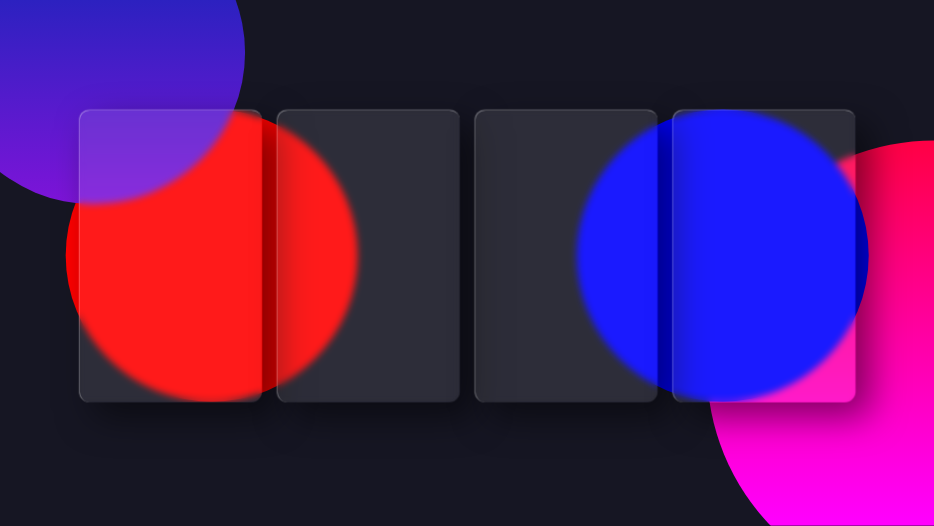
Repository: dovanluyen1996/Test-Git-PR
Page: index.html
The author's editor kept a copy of each file at every save. The page is drawn from the files as they stood at one save, then again after the next save.
The browser window is 1280 px wide. The pictures show the whole page, at 73% of full size.

Above is the page before, as saved 2021-09-07 00:42:52.

### index.html
<!DOCTYPE html>
<html lang="en">
  <head>
    <meta charset="UTF-8" />
    <meta http-equiv="X-UA-Compatible" content="IE=edge" />
    <meta name="viewport" content="width=device-width, initial-scale=1.0" />
    <title>TestVsCode</title>
    <link rel="stylesheet" href="css/style.css" />
  </head>

  <body>
    <div class="container">
      <div class="test1"></div>
      <div class="test2"></div>
    </div>
    <div class="center">
      <div class="item-center">
        <div class="content">
          <h2>Card Item</h2>
          <p class="text">
            Lorem ipsum dolor sit amet consectetur adipisicing elit. Minima
            corporis rem illum exercitationem architecto veritatis alias nam.
            Excepturi aliquam doloremque minus quibusdam sed, libero quia amet,
            officia rerum sequi expedita!
          </p>
          <a href="javascript:void(0)">Click Me</a>
        </div>
      </div>
      <div class="item-center">
        <div class="content">
          <h2>Card Item</h2>
          <p class="text">
            Lorem ipsum dolor sit amet consectetur adipisicing elit. Minima
            corporis rem illum exercitationem architecto veritatis alias nam.
            Excepturi aliquam doloremque minus quibusdam sed, libero quia amet,
            officia rerum sequi expedita!
          </p>
          <a href="javascript:void(0)">Click Me</a>
        </div>
      </div>
      <div class="item-center">
        <div class="content">
          <h2>Card Item</h2>
          <p class="text">
            Lorem ipsum dolor sit amet consectetur adipisicing elit. Minima
            corporis rem illum exercitationem architecto veritatis alias nam.
            Excepturi aliquam doloremque minus quibusdam sed, libero quia amet,
            officia rerum sequi expedita!
          </p>
          <a href="javascript:void(0)">Click Me</a>
        </div>
      </div>
      <div class="item-center">
        <div class="content">
          <h2>Card Item</h2>
          <p class="text">
            Lorem ipsum dolor sit amet consectetur adipisicing elit. Minima
            corporis rem illum exercitationem architecto veritatis alias nam.
            Excepturi aliquam doloremque minus quibusdam sed, libero quia amet,
            officia rerum sequi expedita!
          </p>
          <a href="javascript:void(0)">Click Me</a>
        </div>
      </div>
    </div>

    <script type="text/javascript" src="js/vanilla-tilt.js"></script>
    <script>
      VanillaTilt.init(document.querySelector(".item-center"), {
        max: 25,
        speed: 400,
        glare: true,
        "max-glare": 1,
      });
    </script>
  </body>
</html>

### css/style.css
body {
  background: #161623;
}
body::before {
  content: "";
  position: absolute;
  top: 0;
  left: 0;
  width: 100%;
  height: 100%;
  background: linear-gradient(#f00, #f0f);
  clip-path: circle(30% at right 70%);
}
body::after {
  content: "";
  position: absolute;
  top: 0;
  left: 0;
  width: 100%;
  height: 100%;
  background: linear-gradient(rgb(44, 33, 192), #f0f);
  clip-path: circle(20% at 10% 10%);
}
.container {
  width: 1100px;
  margin: 0 auto;
  position: relative;
}
.test1 {
  width: 400px;
  height: 400px;
  background-color: red;
  border-radius: 50%;
  position: absolute;
}
.test2 {
  width: 400px;
  height: 400px;
  background-color: blue;
  border-radius: 50%;
  position: absolute;
  right: 0;
}
.center {
  margin-top: 150px;

  display: flex;
  column-gap: 20px;
  justify-content: center;
  align-items: center;
  color: white;
}
.item-center {
  position: relative;
  z-index: 999;
  overflow: hidden;
  width: 250px;
  height: 400px;
  text-align: center;
  border-radius: 15px;
  border-top: 1px solid rgba(255, 255, 255, 0.5);
  border-left: 1px solid rgba(255, 255, 255, 0.5);
  box-shadow: 20px 20px 50px rgba(0, 0, 0, 0.5);
  background: rgba(255, 255, 255, 0.1);
  backdrop-filter: blur(5px);
}
.item-center p {
  font-weight: 300;
}
.item-center a {
  text-decoration: none;
  color: #fff;
  display: inline-block;
  padding: 8px 20px;
  background-color: #fff;
  color: black;
  border-radius: 20px;
  font-weight: 500;
}
.item-center .content {
  margin-top: 90px;
  transform: translateY(90px);
  opacity: 0;
  transition: 0.5s;
}
.item-center:hover .content {
  transform: translateY(0px);
  opacity: 1;
}

### js/vanilla-tilt.js
var VanillaTilt = (function () {
  "use strict";

  var classCallCheck = function (instance, Constructor) {
    if (!(instance instanceof Constructor)) {
      throw new TypeError("Cannot call a class as a function");
    }
  };

  /**
   * Created by Sergiu Șandor (micku7zu) on 1/27/2017.
   * Original idea: https://github.com/gijsroge/tilt.js
   * MIT License.
   * Version 1.7.2
   */

  var VanillaTilt = (function () {
    function VanillaTilt(element) {
      var settings =
        arguments.length > 1 && arguments[1] !== undefined ? arguments[1] : {};
      classCallCheck(this, VanillaTilt);

      if (!(element instanceof Node)) {
        throw (
          "Can't initialize VanillaTilt because " + element + " is not a Node."
        );
      }

      this.width = null;
      this.height = null;
      this.clientWidth = null;
      this.clientHeight = null;
      this.left = null;
      this.top = null;

      // for Gyroscope sampling
      this.gammazero = null;
      this.betazero = null;
      this.lastgammazero = null;
      this.lastbetazero = null;

      this.transitionTimeout = null;
      this.updateCall = null;
      this.event = null;

      this.updateBind = this.update.bind(this);
      this.resetBind = this.reset.bind(this);

      this.element = element;
      this.settings = this.extendSettings(settings);

      this.reverse = this.settings.reverse ? -1 : 1;
      this.glare = VanillaTilt.isSettingTrue(this.settings.glare);
      this.glarePrerender = VanillaTilt.isSettingTrue(
        this.settings["glare-prerender"]
      );
      this.fullPageListening = VanillaTilt.isSettingTrue(
        this.settings["full-page-listening"]
      );
      this.gyroscope = VanillaTilt.isSettingTrue(this.settings.gyroscope);
      this.gyroscopeSamples = this.settings.gyroscopeSamples;

      this.elementListener = this.getElementListener();

      if (this.glare) {
        this.prepareGlare();
      }

      if (this.fullPageListening) {
        this.updateClientSize();
      }

      this.addEventListeners();
      this.reset();
      this.updateInitialPosition();
    }

    VanillaTilt.isSettingTrue = function isSettingTrue(setting) {
      return setting === "" || setting === true || setting === 1;
    };

    /**
     * Method returns element what will be listen mouse events
     * @return {Node}
     */

    VanillaTilt.prototype.getElementListener = function getElementListener() {
      if (this.fullPageListening) {
        return window.document;
      }

      if (typeof this.settings["mouse-event-element"] === "string") {
        var mouseEventElement = document.querySelector(
          this.settings["mouse-event-element"]
        );

        if (mouseEventElement) {
          return mouseEventElement;
        }
      }

      if (this.settings["mouse-event-element"] instanceof Node) {
        return this.settings["mouse-event-element"];
      }

      return this.element;
    };

    /**
     * Method set listen methods for this.elementListener
     * @return {Node}
     */

    VanillaTilt.prototype.addEventListeners = function addEventListeners() {
      this.onMouseEnterBind = this.onMouseEnter.bind(this);
      this.onMouseMoveBind = this.onMouseMove.bind(this);
      this.onMouseLeaveBind = this.onMouseLeave.bind(this);
      this.onWindowResizeBind = this.onWindowResize.bind(this);
      this.onDeviceOrientationBind = this.onDeviceOrientation.bind(this);

      this.elementListener.addEventListener(
        "mouseenter",
        this.onMouseEnterBind
      );
      this.elementListener.addEventListener(
        "mouseleave",
        this.onMouseLeaveBind
      );
      this.elementListener.addEventListener("mousemove", this.onMouseMoveBind);

      if (this.glare || this.fullPageListening) {
        window.addEventListener("resize", this.onWindowResizeBind);
      }

      if (this.gyroscope) {
        window.addEventListener(
          "deviceorientation",
          this.onDeviceOrientationBind
        );
      }
    };

    /**
     * Method remove event listeners from current this.elementListener
     */

    VanillaTilt.prototype.removeEventListeners =
      function removeEventListeners() {
        this.elementListener.removeEventListener(
          "mouseenter",
          this.onMouseEnterBind
        );
        this.elementListener.removeEventListener(
          "mouseleave",
          this.onMouseLeaveBind
        );
        this.elementListener.removeEventListener(
          "mousemove",
          this.onMouseMoveBind
        );

        if (this.gyroscope) {
          window.removeEventListener(
            "deviceorientation",
            this.onDeviceOrientationBind
          );
        }

        if (this.glare || this.fullPageListening) {
          window.removeEventListener("resize", this.onWindowResizeBind);
        }
      };

    VanillaTilt.prototype.destroy = function destroy() {
      clearTimeout(this.transitionTimeout);
      if (this.updateCall !== null) {
        cancelAnimationFrame(this.updateCall);
      }

      this.reset();

      this.removeEventListeners();
      this.element.vanillaTilt = null;
      delete this.element.vanillaTilt;

      this.element = null;
    };

    VanillaTilt.prototype.onDeviceOrientation = function onDeviceOrientation(
      event
    ) {
      if (event.gamma === null || event.beta === null) {
        return;
      }

      this.updateElementPosition();

      if (this.gyroscopeSamples > 0) {
        this.lastgammazero = this.gammazero;
        this.lastbetazero = this.betazero;

        if (this.gammazero === null) {
          this.gammazero = event.gamma;
          this.betazero = event.beta;
        } else {
          this.gammazero = (event.gamma + this.lastgammazero) / 2;
          this.betazero = (event.beta + this.lastbetazero) / 2;
        }

        this.gyroscopeSamples -= 1;
      }

      var totalAngleX =
        this.settings.gyroscopeMaxAngleX - this.settings.gyroscopeMinAngleX;
      var totalAngleY =
        this.settings.gyroscopeMaxAngleY - this.settings.gyroscopeMinAngleY;

      var degreesPerPixelX = totalAngleX / this.width;
      var degreesPerPixelY = totalAngleY / this.height;

      var angleX =
        event.gamma - (this.settings.gyroscopeMinAngleX + this.gammazero);
      var angleY =
        event.beta - (this.settings.gyroscopeMinAngleY + this.betazero);

      var posX = angleX / degreesPerPixelX;
      var posY = angleY / degreesPerPixelY;

      if (this.updateCall !== null) {
        cancelAnimationFrame(this.updateCall);
      }

      this.event = {
        clientX: posX + this.left,
        clientY: posY + this.top,
      };

      this.updateCall = requestAnimationFrame(this.updateBind);
    };

    VanillaTilt.prototype.onMouseEnter = function onMouseEnter() {
      this.updateElementPosition();
      this.element.style.willChange = "transform";
      this.setTransition();
    };

    VanillaTilt.prototype.onMouseMove = function onMouseMove(event) {
      if (this.updateCall !== null) {
        cancelAnimationFrame(this.updateCall);
      }

      this.event = event;
      this.updateCall = requestAnimationFrame(this.updateBind);
    };

    VanillaTilt.prototype.onMouseLeave = function onMouseLeave() {
      this.setTransition();

      if (this.settings.reset) {
        requestAnimationFrame(this.resetBind);
      }
    };

    VanillaTilt.prototype.reset = function reset() {
      this.event = {
        clientX: this.left + this.width / 2,
        clientY: this.top + this.height / 2,
      };

      if (this.element && this.element.style) {
        this.element.style.transform =
          "perspective(" +
          this.settings.perspective +
          "px) " +
          "rotateX(0deg) " +
          "rotateY(0deg) " +
          "scale3d(1, 1, 1)";
      }

      this.resetGlare();
    };

    VanillaTilt.prototype.resetGlare = function resetGlare() {
      if (this.glare) {
        this.glareElement.style.transform =
          "rotate(180deg) translate(-50%, -50%)";
        this.glareElement.style.opacity = "0";
      }
    };

    VanillaTilt.prototype.updateInitialPosition =
      function updateInitialPosition() {
        if (this.settings.startX === 0 && this.settings.startY === 0) {
          return;
        }

        this.onMouseEnter();

        if (this.fullPageListening) {
          this.event = {
            clientX:
              ((this.settings.startX + this.settings.max) /
                (2 * this.settings.max)) *
              this.clientWidth,
            clientY:
              ((this.settings.startY + this.settings.max) /
                (2 * this.settings.max)) *
              this.clientHeight,
          };
        } else {
          this.event = {
            clientX:
              this.left +
              ((this.settings.startX + this.settings.max) /
                (2 * this.settings.max)) *
                this.width,
            clientY:
              this.top +
              ((this.settings.startY + this.settings.max) /
                (2 * this.settings.max)) *
                this.height,
          };
        }

        var backupScale = this.settings.scale;
        this.settings.scale = 1;
        this.update();
        this.settings.scale = backupScale;
        this.resetGlare();
      };

    VanillaTilt.prototype.getValues = function getValues() {
      var x = void 0,
        y = void 0;

      if (this.fullPageListening) {
        x = this.event.clientX / this.clientWidth;
        y = this.event.clientY / this.clientHeight;
      } else {
        x = (this.event.clientX - this.left) / this.width;
        y = (this.event.clientY - this.top) / this.height;
      }

      x = Math.min(Math.max(x, 0), 1);
      y = Math.min(Math.max(y, 0), 1);

      var tiltX = (
        this.reverse *
        (this.settings.max - x * this.settings.max * 2)
      ).toFixed(2);
      var tiltY = (
        this.reverse *
        (y * this.settings.max * 2 - this.settings.max)
      ).toFixed(2);
      var angle =
        Math.atan2(
          this.event.clientX - (this.left + this.width / 2),
          -(this.event.clientY - (this.top + this.height / 2))
        ) *
        (180 / Math.PI);

      return {
        tiltX: tiltX,
        tiltY: tiltY,
        percentageX: x * 100,
        percentageY: y * 100,
        angle: angle,
      };
    };

    VanillaTilt.prototype.updateElementPosition =
      function updateElementPosition() {
        var rect = this.element.getBoundingClientRect();

        this.width = this.element.offsetWidth;
        this.height = this.element.offsetHeight;
        this.left = rect.left;
        this.top = rect.top;
      };

    VanillaTilt.prototype.update = function update() {
      var values = this.getValues();

      this.element.style.transform =
        "perspective(" +
        this.settings.perspective +
        "px) " +
        "rotateX(" +
        (this.settings.axis === "x" ? 0 : values.tiltY) +
        "deg) " +
        "rotateY(" +
        (this.settings.axis === "y" ? 0 : values.tiltX) +
        "deg) " +
        "scale3d(" +
        this.settings.scale +
        ", " +
        this.settings.scale +
        ", " +
        this.settings.scale +
        ")";

      if (this.glare) {
        this.glareElement.style.transform =
          "rotate(" + values.angle + "deg) translate(-50%, -50%)";
        this.glareElement.style.opacity =
          "" + (values.percentageY * this.settings["max-glare"]) / 100;
      }

      this.element.dispatchEvent(
        new CustomEvent("tiltChange", {
          detail: values,
        })
      );

      this.updateCall = null;
    };

    /**
     * Appends the glare element (if glarePrerender equals false)
     * and sets the default style
     */

    VanillaTilt.prototype.prepareGlare = function prepareGlare() {
      // If option pre-render is enabled we assume all html/css is present for an optimal glare effect.
      if (!this.glarePrerender) {
        // Create glare element
        var jsTiltGlare = document.createElement("div");
        jsTiltGlare.classList.add("js-tilt-glare");

        var jsTiltGlareInner = document.createElement("div");
        jsTiltGlareInner.classList.add("js-tilt-glare-inner");

        jsTiltGlare.appendChild(jsTiltGlareInner);
        this.element.appendChild(jsTiltGlare);
      }

      this.glareElementWrapper = this.element.querySelector(".js-tilt-glare");
      this.glareElement = this.element.querySelector(".js-tilt-glare-inner");

      if (this.glarePrerender) {
        return;
      }

      Object.assign(this.glareElementWrapper.style, {
        position: "absolute",
        top: "0",
        left: "0",
        width: "100%",
        height: "100%",
        overflow: "hidden",
        "pointer-events": "none",
      });

      Object.assign(this.glareElement.style, {
        position: "absolute",
        top: "50%",
        left: "50%",
        "pointer-events": "none",
        "background-image":
          "linear-gradient(0deg, rgba(255,255,255,0) 0%, rgba(255,255,255,1) 100%)",
        transform: "rotate(180deg) translate(-50%, -50%)",
        "transform-origin": "0% 0%",
        opacity: "0",
      });

      this.updateGlareSize();
    };

    VanillaTilt.prototype.updateGlareSize = function updateGlareSize() {
      if (this.glare) {
        var glareSize =
          (this.element.offsetWidth > this.element.offsetHeight
            ? this.element.offsetWidth
            : this.element.offsetHeight) * 2;

        Object.assign(this.glareElement.style, {
          width: glareSize + "px",
          height: glareSize + "px",
        });
      }
    };

    VanillaTilt.prototype.updateClientSize = function updateClientSize() {
      this.clientWidth =
        window.innerWidth ||
        document.documentElement.clientWidth ||
        document.body.clientWidth;

      this.clientHeight =
        window.innerHeight ||
        document.documentElement.clientHeight ||
        document.body.clientHeight;
    };

    VanillaTilt.prototype.onWindowResize = function onWindowResize() {
      this.updateGlareSize();
      this.updateClientSize();
    };

    VanillaTilt.prototype.setTransition = function setTransition() {
      var _this = this;

      clearTimeout(this.transitionTimeout);
      this.element.style.transition =
        this.settings.speed + "ms " + this.settings.easing;
      if (this.glare)
        this.glareElement.style.transition =
          "opacity " + this.settings.speed + "ms " + this.settings.easing;

      this.transitionTimeout = setTimeout(function () {
        _this.element.style.transition = "";
        if (_this.glare) {
          _this.glareElement.style.transition = "";
        }
      }, this.settings.speed);
    };

    /**
     * Method return patched settings of instance
     * @param {boolean} settings.reverse - reverse the tilt direction
     * @param {number} settings.max - max tilt rotation (degrees)
     * @param {startX} settings.startX - the starting tilt on the X axis, in degrees. Default: 0
     * @param {startY} settings.startY - the starting tilt on the Y axis, in degrees. Default: 0
     * @param {number} settings.perspective - Transform perspective, the lower the more extreme the tilt gets
     * @param {string} settings.easing - Easing on enter/exit
     * @param {number} settings.scale - 2 = 200%, 1.5 = 150%, etc..
     * @param {number} settings.speed - Speed of the enter/exit transition
     * @param {boolean} settings.transition - Set a transition on enter/exit
     * @param {string|null} settings.axis - What axis should be disabled. Can be X or Y
     * @param {boolean} settings.glare - What axis should be disabled. Can be X or Y
     * @param {number} settings.max-glare - the maximum "glare" opacity (1 = 100%, 0.5 = 50%)
     * @param {boolean} settings.glare-prerender - false = VanillaTilt creates the glare elements for you, otherwise
     * @param {boolean} settings.full-page-listening - If true, parallax effect will listen to mouse move events on the whole document, not only the selected element
     * @param {string|object} settings.mouse-event-element - String selector or link to HTML-element what will be listen mouse events
     * @param {boolean} settings.reset - false = If the tilt effect has to be reset on exit
     * @param {gyroscope} settings.gyroscope - Enable tilting by deviceorientation events
     * @param {gyroscopeSensitivity} settings.gyroscopeSensitivity - Between 0 and 1 - The angle at which max tilt position is reached. 1 = 90deg, 0.5 = 45deg, etc..
     * @param {gyroscopeSamples} settings.gyroscopeSamples - How many gyroscope moves to decide the starting position.
     */

    VanillaTilt.prototype.extendSettings = function extendSettings(settings) {
      var defaultSettings = {
        reverse: false,
        max: 15,
        startX: 0,
        startY: 0,
        perspective: 1000,
        easing: "cubic-bezier(.03,.98,.52,.99)",
        scale: 1,
        speed: 300,
        transition: true,
        axis: null,
        glare: false,
        "max-glare": 1,
        "glare-prerender": false,
        "full-page-listening": false,
        "mouse-event-element": null,
        reset: true,
        gyroscope: true,
        gyroscopeMinAngleX: -45,
        gyroscopeMaxAngleX: 45,
        gyroscopeMinAngleY: -45,
        gyroscopeMaxAngleY: 45,
        gyroscopeSamples: 10,
      };

      var newSettings = {};
      for (var property in defaultSettings) {
        if (property in settings) {
          newSettings[property] = settings[property];
        } else if (this.element.hasAttribute("data-tilt-" + property)) {
          var attribute = this.element.getAttribute("data-tilt-" + property);
          try {
            newSettings[property] = JSON.parse(attribute);
          } catch (e) {
            newSettings[property] = attribute;
          }
        } else {
          newSettings[property] = defaultSettings[property];
        }
      }

      return newSettings;
    };

    VanillaTilt.init = function init(elements, settings) {
      if (elements instanceof Node) {
        elements = [elements];
      }

      if (elements instanceof NodeList) {
        elements = [].slice.call(elements);
      }

      if (!(elements instanceof Array)) {
        return;
      }

      elements.forEach(function (element) {
        if (!("vanillaTilt" in element)) {
          element.vanillaTilt = new VanillaTilt(element, settings);
        }
      });
    };

    return VanillaTilt;
  })();

  if (typeof document !== "undefined") {
    /* expose the class to window */
    window.VanillaTilt = VanillaTilt;

    /**
     * Auto load
     */
    VanillaTilt.init(document.querySelectorAll("[data-tilt]"));
  }

  return VanillaTilt;
})();

After the next save:
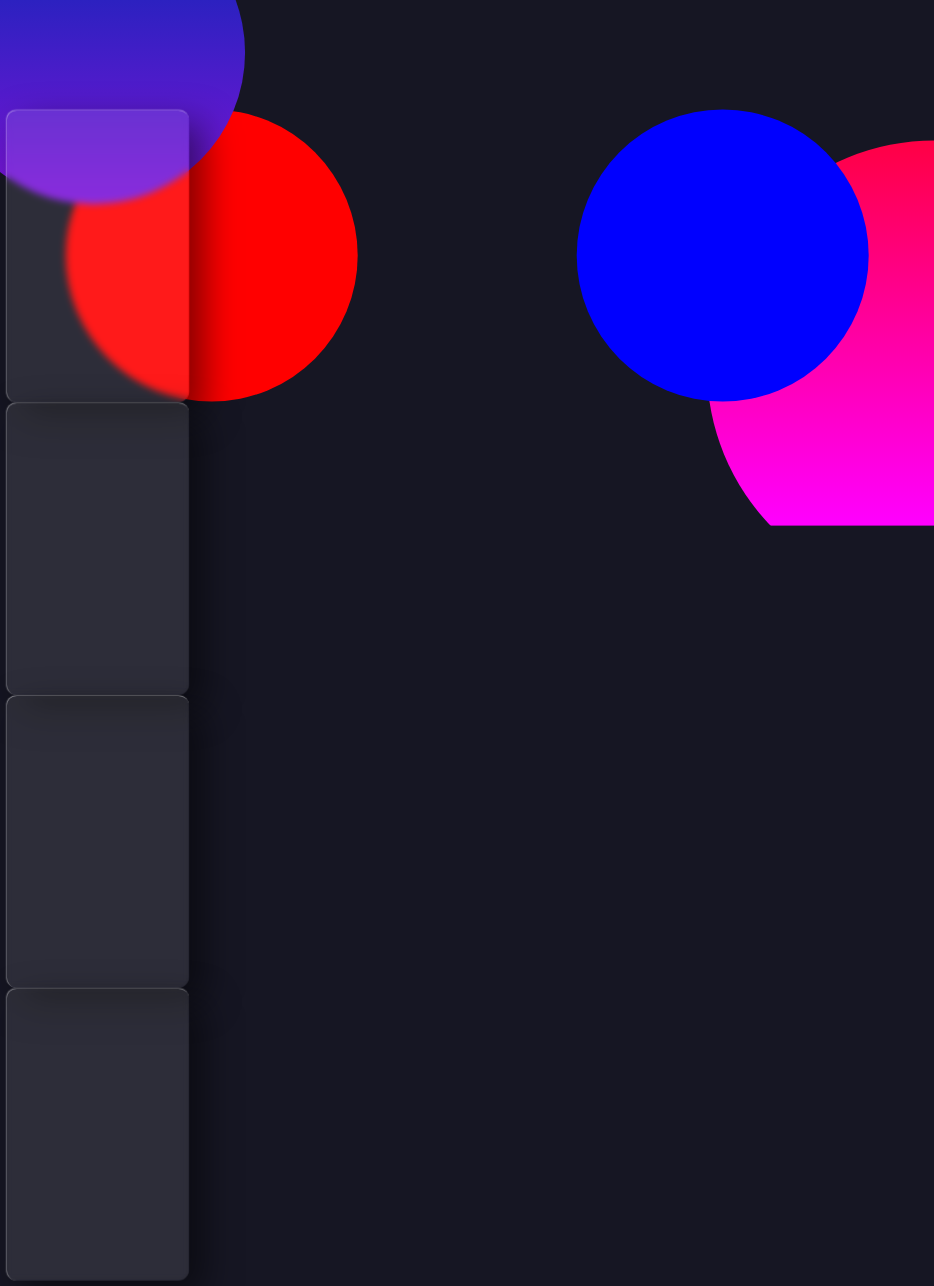
Saved 2 min 16 s later.
--- a/css/style.css
+++ b/css/style.css
@@ -44,7 +44,6 @@
 .center {
   margin-top: 150px;
 
-  display: flex;
   column-gap: 20px;
   justify-content: center;
   align-items: center;

After the save that followed:
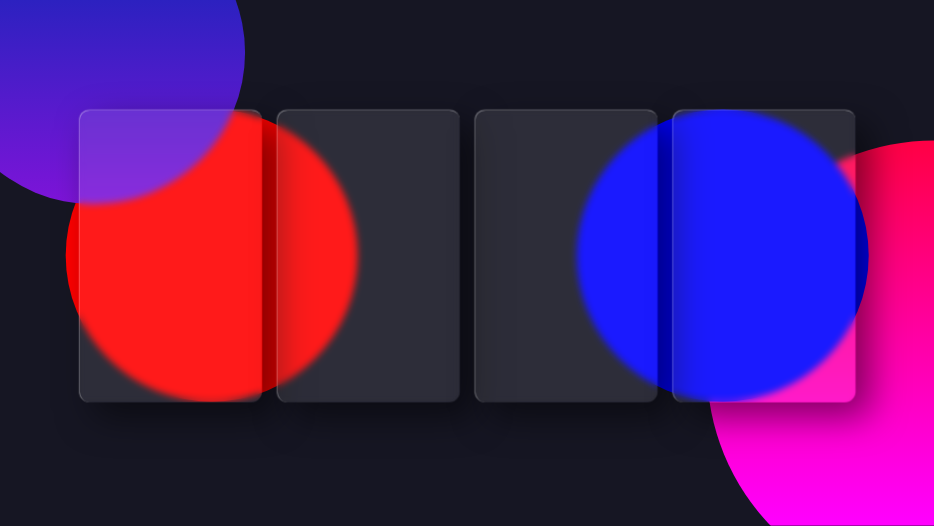
Saved 9 s later.
--- a/css/style.css
+++ b/css/style.css
@@ -44,6 +44,7 @@
 .center {
   margin-top: 150px;
 
+  display: flex;
   column-gap: 20px;
   justify-content: center;
   align-items: center;
